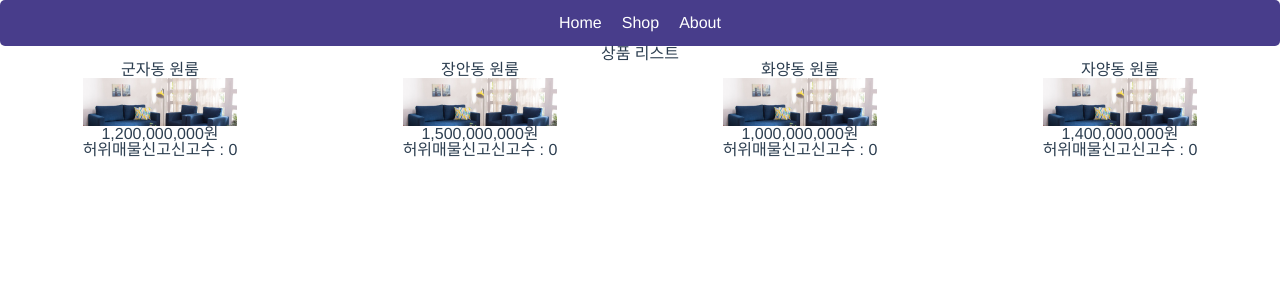
Repository: jy0813/Function
Page: / (app in function/)
These files come from the project's save history. The page is drawn as it stood at one moment and after the next save; the edit follows.
The browser window is 1280 px wide. The pictures show the whole page.
The project was rebuilt for these pictures with package versions that can differ from the ones it lists, and the page was loaded fresh each time.

Above is the page before, as saved 2022-02-25 09:04:06.

After the next save:
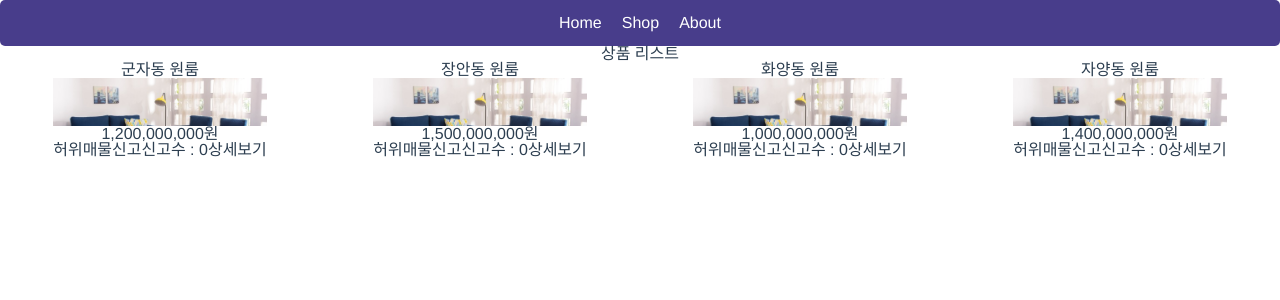
Saved 63 s later.
--- a/function/src/App.vue
+++ b/function/src/App.vue
@@ -16,6 +16,7 @@
               <p>{{numSet(item.price)}}원</p>
               <button @click="reportBtn(index)">허위매물신고</button>
               <span>신고수 : {{item.report}}</span>
+              <button @click="">상세보기</button>
             </div>
           </div>
         </div>
@@ -75,7 +76,6 @@
             report: 0,
           }
         ],
-        modal: true,
       }
     },
     methods: {
